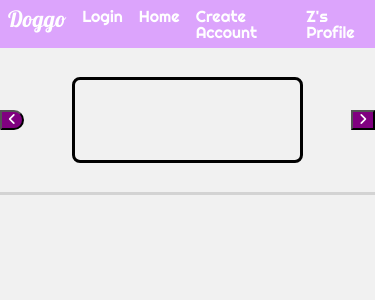
Repository: rh1456/capstone
Page: /1
An editor plug-in stored every save of this project. The page is shown before and after the next save, followed by the edit.
The browser window is 375 px wide. The pictures show the whole page.
Some web libraries are served in a nearby version. The project was rebuilt for these pictures with package versions that can differ from the ones it lists, and the page was loaded fresh each time. Also part of the build but not shown: src/pages/DoggoLandingPage.jsx, src/pages/CreateAccout.jsx, src/pages/DogProfile.jsx.

Above is the page before, as saved 2019-12-19 13:11:45.

After the next save:
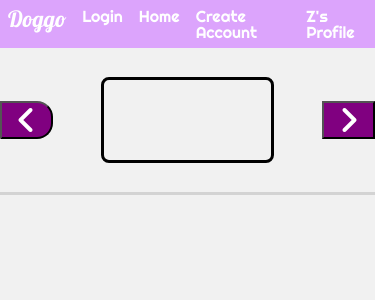
Saved 79 s later.
--- a/src/index.css
+++ b/src/index.css
@@ -207,6 +207,9 @@
     justify-content: center;
     align-content: center;
     color: white;
+    font-size: 2rem;
+    width: 5rem;
+    margin: 8rem 0rem;
     background-color: purple;
   }
   .feed-head-left-button {
